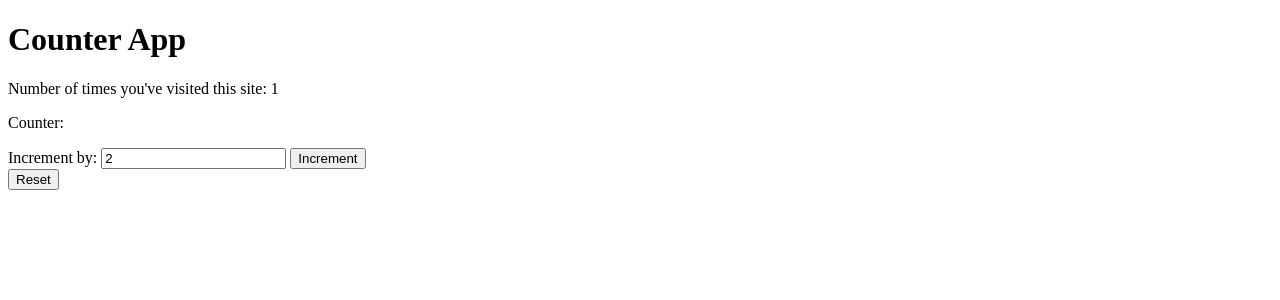
Repository: TurkiOussema54/Bootcamp-PYTHON
Page: http://localhost/
These files come from the project's save history. The page is drawn as it stood at one moment and after the next save; the edit follows.
The browser window is 1280 px wide. The pictures show the whole page.
The page is served by the project's application, run on Flask 3 (app.py).

Above is the page before, as saved 2023-10-03 16:37:15.

After the next save:
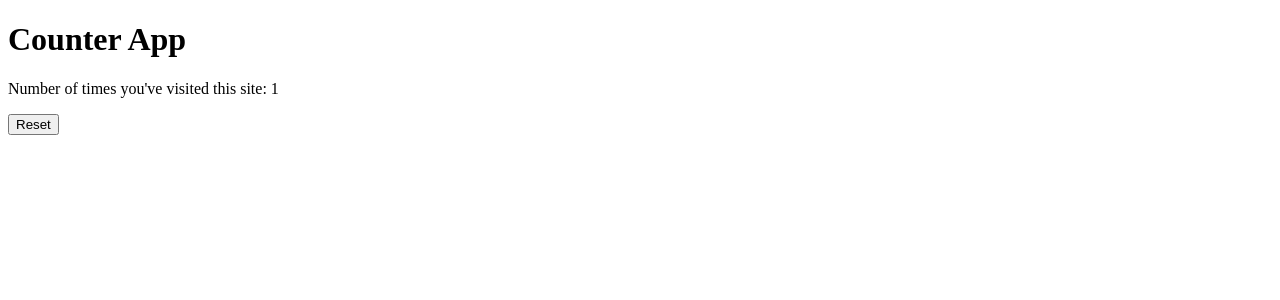
Saved 16 s later.
--- a/Counter/templates/index.html
+++ b/Counter/templates/index.html
@@ -6,13 +6,6 @@
 <body>
     <h1>Counter App</h1>
     <p>Number of times you've visited this site: {{ visit_count }}</p>
-    <p>Counter: {{ counter }}</p>
-
-    <form method="GET" action="/increment_counter">
-        <label for="increment">Increment by:</label>
-        <input type="number" id="increment" name="increment" value="2">
-        <button type="submit">Increment</button>
-    </form>
 
     <form method="GET" action="/destroy_session">
         <button type="submit">Reset</button>
